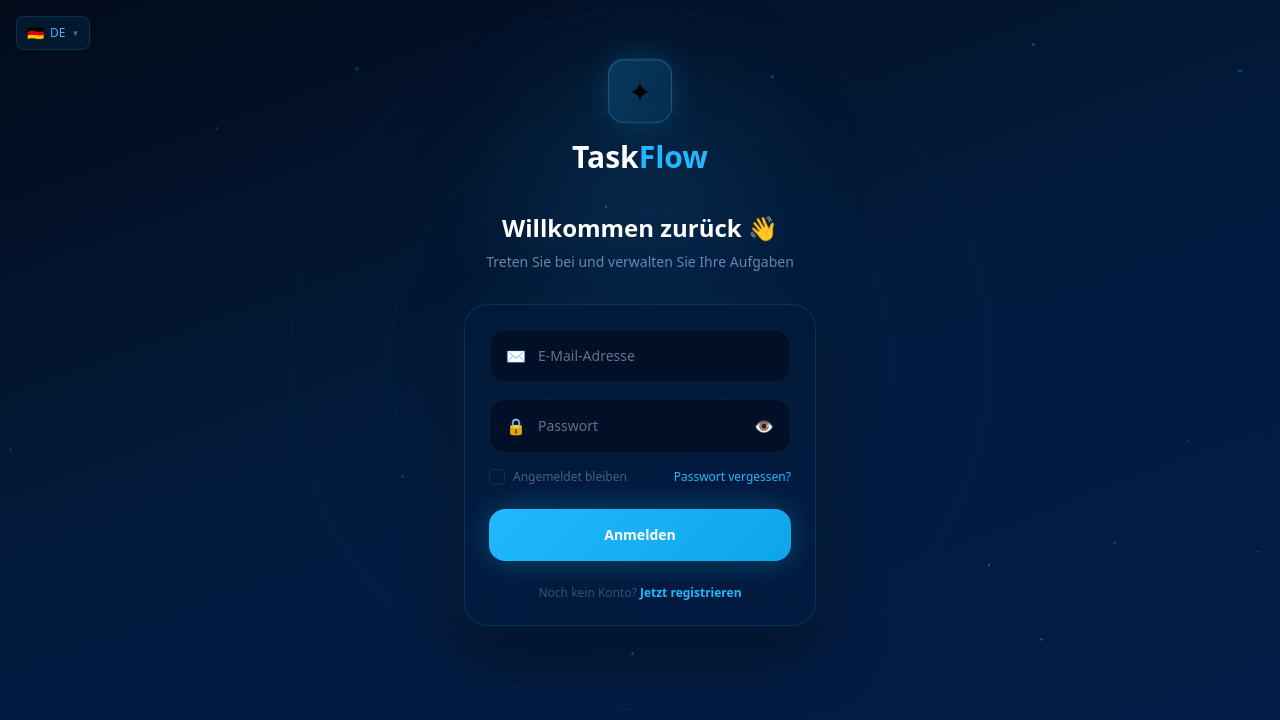
Repository: IssamSaed98/TaskManager.Frontend
Page: /
These files come from the project's save history. The page is drawn as it stood at one moment and after the next save; the edit follows.
The browser window is 1280 px wide. The pictures show the whole page.
The project was rebuilt for these pictures with package versions that can differ from the ones it lists, and the page was loaded fresh each time. Also part of the build but not shown: vite.config.js, src/pages/Register.jsx, src/pages/AdminDashboard.jsx, src/components/TaskForm.jsx, src/components/TaskCard.jsx, src/components/KanbanBoard.jsx.

Above is the page before, as saved 2026-06-01 13:11:45.

After the next save:
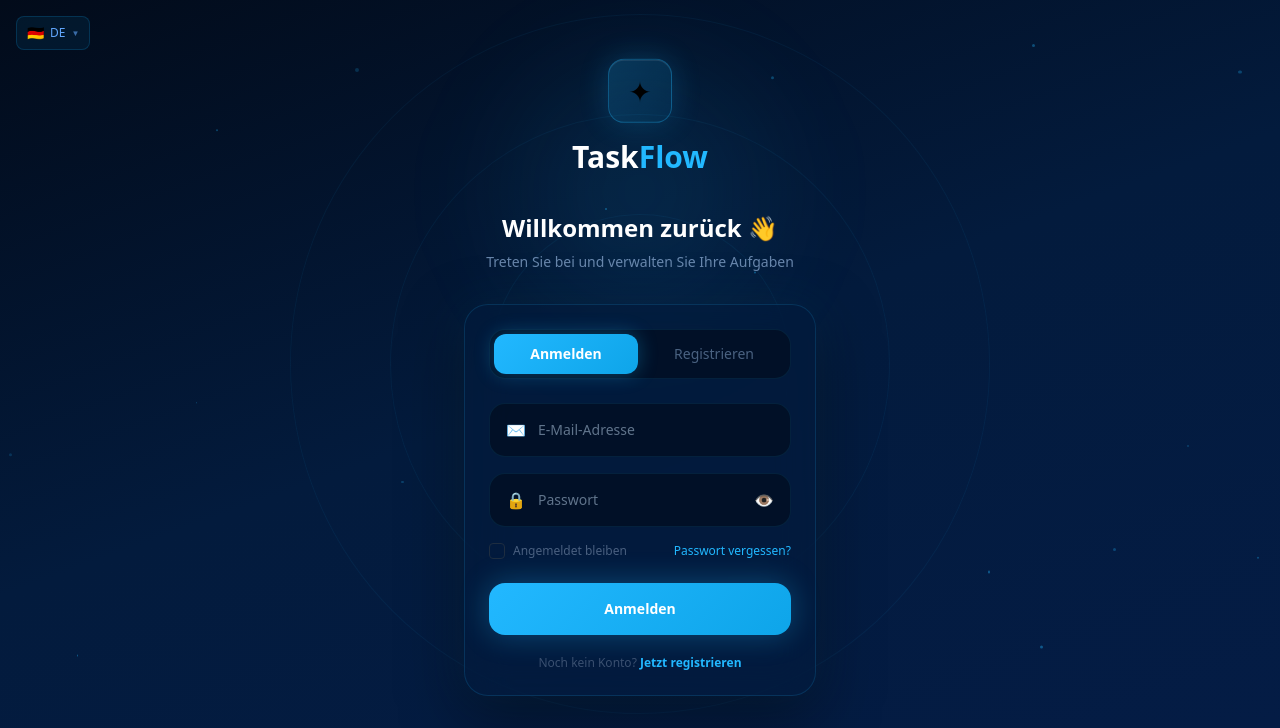
Saved 8 min 38 s later.
--- a/src/pages/Login.jsx
+++ b/src/pages/Login.jsx
@@ -1,5 +1,5 @@
 import { useState, useEffect } from 'react'
-import { motion, AnimatePresence } from 'framer-motion'
+import { motion } from 'framer-motion'
 import { login } from '../api'
 import { useLanguage } from '../hooks/useLanguage'
 import LanguageSwitcher from '../components/LanguageSwitcher'
@@ -79,7 +79,6 @@ function Login({ onLogin, goToRegister }) {
         <LanguageSwitcher />
       </div>
 
-      {/* Content */}
       <motion.div
         className="w-full max-w-sm px-4 pt-16 pb-8 z-10"
         initial={{ opacity: 0, y: 20 }}
@@ -126,10 +125,30 @@ function Login({ onLogin, goToRegister }) {
             boxShadow: '0 0 40px rgba(34,184,255,0.08), 0 20px 60px rgba(0,0,0,0.5)',
           }}
         >
+          {/* Tab Switch */}
+          <div className="flex rounded-2xl p-1 mb-6 gap-1"
+            style={{ background: 'rgba(2,11,26,0.6)', border: '1px solid rgba(34,184,255,0.1)' }}>
+            <button
+              className="flex-1 py-2.5 rounded-xl text-sm font-bold transition-all"
+              style={{
+                background: 'linear-gradient(135deg,#22B8FF,#0EA5E9)',
+                color: '#fff',
+                boxShadow: '0 0 20px rgba(34,184,255,0.3)',
+              }}>
+              {t('sign_in')}
+            </button>
+            <button
+              onClick={goToRegister}
+              className="flex-1 py-2.5 rounded-xl text-sm font-medium transition-all"
+              style={{ background: 'transparent', color: 'rgba(148,180,220,0.5)' }}>
+              {t('sign_up')}
+            </button>
+          </div>
+
           {/* Email */}
           <div className="mb-4">
             <motion.div
-              className="flex items-center gap-3 px-4 py-3.5 rounded-2xl transition-all"
+              className="flex items-center gap-3 px-4 py-3.5 rounded-2xl"
               animate={focusedField === 'email' ? { scale: 1.02 } : { scale: 1 }}
               style={{
                 background: 'rgba(2,11,26,0.6)',
@@ -154,7 +173,7 @@ function Login({ onLogin, goToRegister }) {
           {/* Password */}
           <div className="mb-4">
             <motion.div
-              className="flex items-center gap-3 px-4 py-3.5 rounded-2xl transition-all"
+              className="flex items-center gap-3 px-4 py-3.5 rounded-2xl"
               animate={focusedField === 'password' ? { scale: 1.02 } : { scale: 1 }}
               style={{
                 background: 'rgba(2,11,26,0.6)',
@@ -187,11 +206,13 @@ function Login({ onLogin, goToRegister }) {
               style={{ color: '#4a6080' }}>
               <div className="w-4 h-4 rounded flex items-center justify-center"
                 style={{ background: remember ? '#22B8FF' : 'transparent', border: `1px solid ${remember ? '#22B8FF' : '#1e2d40'}` }}>
-                {remember && <span className="text-white text-xs">✓</span>}
+                {remember && <span className="text-white" style={{ fontSize: 10 }}>✓</span>}
               </div>
               {t('remember_me')}
             </button>
-            <button className="text-xs" style={{ color: '#22B8FF' }}>{t('forgot_password')}</button>
+            <button className="text-xs" style={{ color: '#22B8FF' }}>
+              {t('forgot_password')}
+            </button>
           </div>
 
           {error && (
@@ -208,7 +229,7 @@ function Login({ onLogin, goToRegister }) {
           <motion.button
             onClick={handleLogin}
             disabled={loading}
-            className="w-full py-4 rounded-2xl text-white font-bold text-sm mb-6"
+            className="w-full py-4 rounded-2xl text-white font-bold text-sm mb-5"
             style={{
               background: 'linear-gradient(135deg, #22B8FF, #0EA5E9)',
               boxShadow: '0 0 30px rgba(34,184,255,0.3)',
@@ -219,11 +240,6 @@ function Login({ onLogin, goToRegister }) {
             {loading ? '...' : t('sign_in')}
           </motion.button>
 
-          {/* Divider */}
-
-
-          {/* Social */}
-
           {/* Register link */}
           <p className="text-center text-xs" style={{ color: '#3a5070' }}>
             {t('no_account')}{' '}
